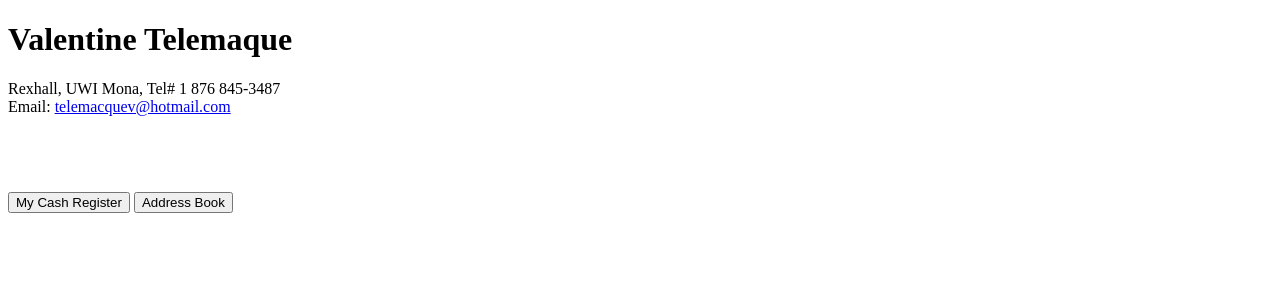
Repository: telemacquev/info2180project1
Page: index.html
The author's editor kept a record of every edit. The page is drawn from the files as they stood at one moment, then again after the next edit.
The browser window is 1280 px wide. The pictures show the whole page.

Above is the page before.

### index.html
<!DOCTYPE html>
<html>
    <head>
        <link type="text/css" rel="stylesheet" href="stylesheet.css"/>
		<title> INFO2180project1</title>

        <script type="text/javascript" src="script01.js" ></script>
        <script type="text/javascript" src="script02.js" ></script>
    </head>
    <body>
    	<div id="heading"> <h1> Valentine Telemaque </h1> </div>

		<div id="contact"> <p> Rexhall, UWI Mona, Tel# 1 876 845-3487 <br>
		Email: <a href="mailto:telemacquev@hotmai.com?Subject=Interview%20shortlist" target="_top">
		telemacquev@hotmail.com</a> </p> </div>

	<br> <br> <br> <br>



        <input type="button" onclick="runMe()" value="My Cash Register">
        <input type="button" onclick="runMe2()" value="Address Book">
    </body>
</html>

### stylesheet.css

/*
div {
    align-items: flex-start;
}
*/
#heading {
    width:70%;
    height: auto;
}

#contact {
    width: 40%;
    height: 40px;
}


#button01 {
   width: 150px;
   height: 50px;
   background-color: gray;
   color:blue;
   border-radius: 95%;
   border: 2px solid black;
}

#button01:hover {
   background-color: blue;
   color: green;
}


a:hover {
     text-decoration:none;
     background-color:yellow;
     color:#302013;
     font-family: Cursive, Arial;
}

### script01.js
function StaffMember(name,discountPercent){
    this.name = name;
    this.discountPercent = discountPercent;
}

var sally = new StaffMember("Sally",5);
var bob = new StaffMember("Bob",10);

// Create yourself again as 'me' with a staff discount of 20%
var me = new StaffMember("Valentine Telemaque",20);

var cashRegister = {
    total:0,
    lastTransactionAmount: 0,
    add: function(itemCost){
        this.total += (itemCost || 0);
        this.lastTransactionAmount = itemCost;
    },
    scan: function(item,quantity){
        switch (item){
        case "eggs": this.add(0.98 * quantity); break;
        case "milk": this.add(1.23 * quantity); break;
        case "magazine": this.add(4.99 * quantity); break;
        case "chocolate": this.add(0.45 * quantity); break;
        }
        return true;
    },
    voidLastTransaction : function(){
        this.total -= this.lastTransactionAmount;
        this.lastTransactionAmount = 0;
    },
    applyStaffDiscount: function(employee)     { this.total *= ((100 - employee.discountPercent)/100);
    }
};

cashRegister.scan('eggs',1);
cashRegister.scan('milk',1);
cashRegister.scan('magazine',3);
// Apply your staff discount by passing the 'me' object
cashRegister.applyStaffDiscount(me);


function runMe() {
    alert ('Your bill is $'+cashRegister.total.toFixed(2));
}

### script02.js
var bob = {
    firstName: "Bob",
    lastName: "Jones",
    phoneNumber: "(650) 777-7777",
    email: "bob.jones@example.com"
};

var mary = {
    firstName: "Mary",
    lastName: "Johnson",
    phoneNumber: "(650) 888-8888",
    email: "mary.johnson@example.com"
};

var contacts = [bob, mary];

function printPerson(person) {
    alert(person.firstName + " " + person.lastName);
}

function list() {
	var contactsLength = contacts.length;
	for (var i = 0; i < contactsLength; i++) {
		printPerson(contacts[i]);
	}
}

function search(lname) {
	for (var i = 0; i < contacts.length; i++) {
		if (contacts[i].lastName===lname) {
		    printPerson(contacts[i]);
		}
	}
}

function add(firstName, lastName, email, phoneNumber) {
    contacts[contacts.length] = {
    firstName: firstName,
    lastName: lastName,
    phoneNumber: phoneNumber,
    email: email
    };
};


function runMe2() {
    add("Leon","Jones","leon@gmail.com","(845) 848-9585");
    list();
}

After the next edit:
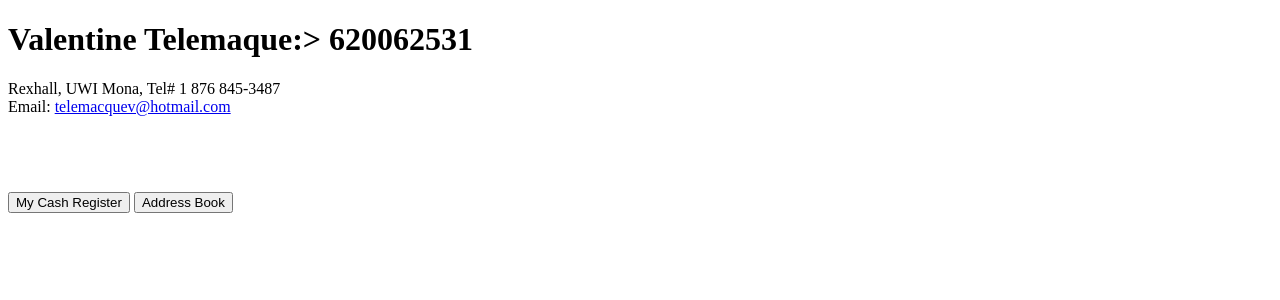
The edit:
--- a/index.html
+++ b/index.html
@@ -8,7 +8,7 @@
         <script type="text/javascript" src="script02.js" ></script>
     </head>
     <body>
-    	<div id="heading"> <h1> Valentine Telemaque </h1> </div>
+    	<div id="heading"> <h1> Valentine Telemaque:> 620062531 </h1> </div>
 
 		<div id="contact"> <p> Rexhall, UWI Mona, Tel# 1 876 845-3487 <br>
 		Email: <a href="mailto:telemacquev@hotmai.com?Subject=Interview%20shortlist" target="_top">
